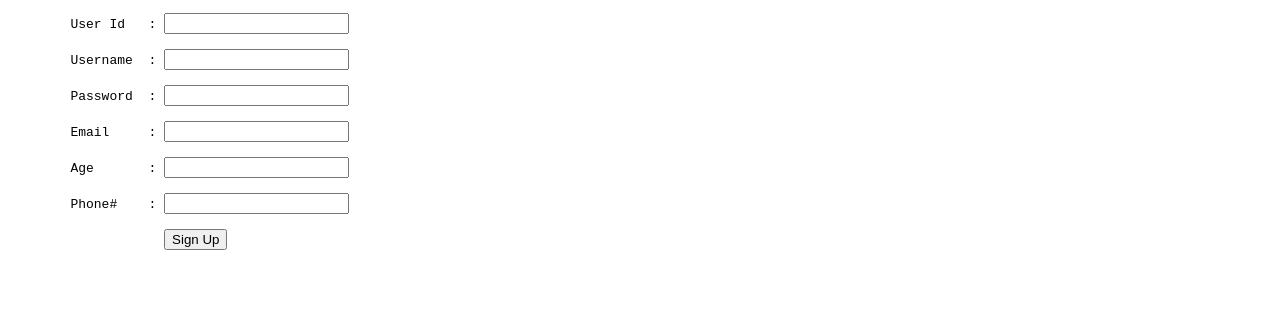
Repository: blackburn99/E-Learning-Project
Page: http://localhost/e-learning-project-frontend/registration.jsp
The author's editor kept a copy of each file at every save. The page is drawn from the files as they stood at one save, then again after the next save.
The browser window is 1280 px wide. The pictures show the whole page.
The page is served by Tomcat 9. Other server files are loaded and not shown.

Above is the page before, as saved 2021-08-18 05:03:50.

### e-learning-project-frontend/src/main/webapp/registration.jsp
<%@ page language="java" contentType="text/html; charset=ISO-8859-1"
    pageEncoding="ISO-8859-1"%>
<!DOCTYPE html PUBLIC "-//W3C//DTD HTML 4.01 Transitional//EN" "http://www.w3.org/TR/html4/loose.dtd">
<html>
<head>
<meta http-equiv="Content-Type" content="text/html; charset=ISO-8859-1">
<title>Insert title here</title>
</head>
<body>
	<form action="register" method="POST">
        <pre>
        User Id   : <input type="number" name="id" /><br>
        Username  : <input type="text" name="username" /><br>
        Password  : <input type="password" name="password" /><br>
        Email     : <input type="email" name="email" /><br>
        Age       : <input type="number" name="age" /><br>
        Phone#    : <input type="number" name="phone" /><br>
                    <input type="submit" value="Sign Up" /><br>
       </pre>
     </form>
</body>
</html>

After the next save:
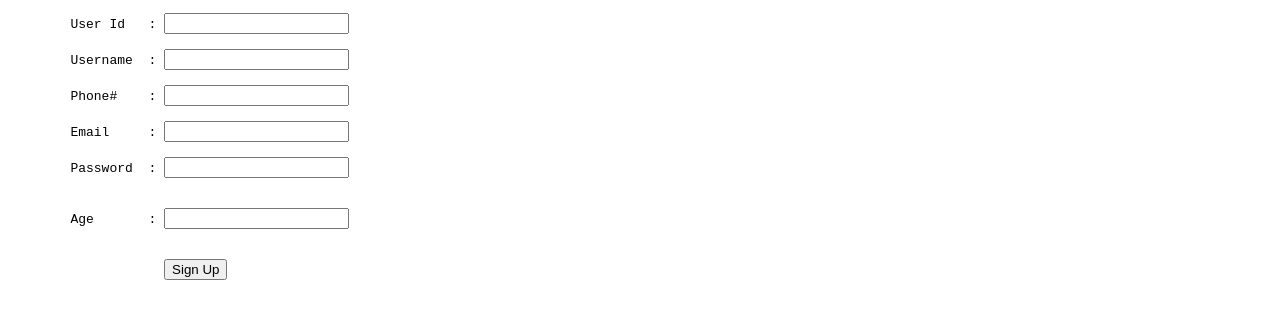
Saved 36 s later.
--- a/e-learning-project-frontend/src/main/webapp/registration.jsp
+++ b/e-learning-project-frontend/src/main/webapp/registration.jsp
@@ -11,10 +11,12 @@
         <pre>
         User Id   : <input type="number" name="id" /><br>
         Username  : <input type="text" name="username" /><br>
+        Phone#    : <input type="number" name="phone" /><br>
+        Email     : <input type="email" name="email" /><br>
         Password  : <input type="password" name="password" /><br>
-        Email     : <input type="email" name="email" /><br>
+
         Age       : <input type="number" name="age" /><br>
-        Phone#    : <input type="number" name="phone" /><br>
+
                     <input type="submit" value="Sign Up" /><br>
        </pre>
      </form>
